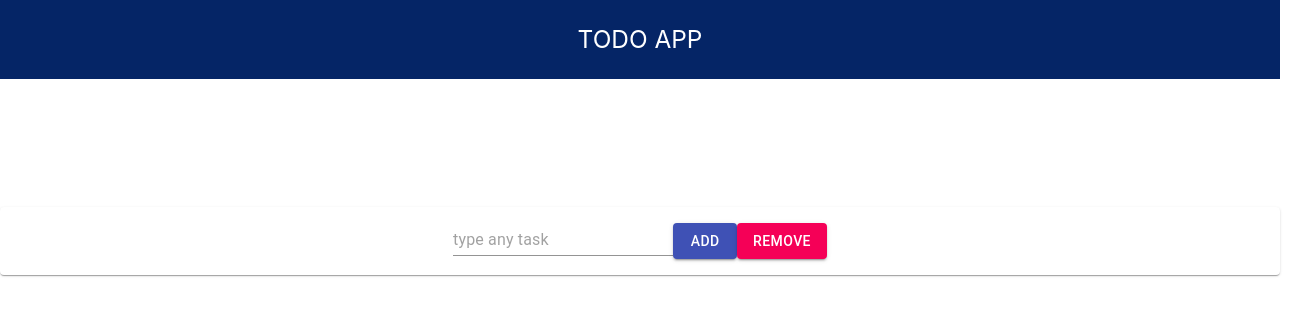
Repository: Shams97/Todo-app
Page: /
An editor plug-in stored every save of this project. The page is shown before and after the next save, followed by the edit.
The browser window is 1280 px wide. The page is 1292 px wide, so the pictures cover 1292 px, including what lies to the right of the window. The pictures show the whole page.
The project was rebuilt for these pictures with package versions that can differ from the ones it lists, and the page was loaded fresh each time.

Above is the page before, as saved 2021-06-26 23:43:51.

### src/App.js
import './App.css';
import Tasks from './tasks/tasks';
function App() {
  return (
    <div className="App">
      <header className="App-header">
            <p> TODO APP</p>
      </header>
      <Tasks/>
    </div>
  );
}

export default App;

### src/App.css
.App {
  text-align: center;
}

.App-header {
  background-color: #052566;
  min-height: 10vh;
  display: flex;
  flex-direction: column;
  align-items: center;
  justify-content: center;
  font-size: calc(10px + 2vmin);
  color: white;
  margin-bottom: 10%;
}
.container {
  padding:0% 2%;
}

### src/tasks/tasks.js
import React from "react";
import { makeStyles } from '@material-ui/core/styles';
import { Button, Input,Grid,Paper } from "@material-ui/core";

const useStyles = makeStyles((theme) => ({
    root: {
      flexGrow: 1,
    },
    paper: {
      padding: theme.spacing(2),
      textAlign: 'center',
      color: theme.palette.text.secondary,
    },
  }));

export default function Tasks() {
    const classes = useStyles();

  return (
    <Grid container spacing={3} className={classes.root}>
      <Grid item xs={12}>
        <Paper className={classes.paper}>
          <Input placeholder="type any task"></Input>
          <Button variant="contained" color="primary">
            Add
          </Button>
          <Button variant="contained" color="secondary">
            Remove
          </Button>
        </Paper>
      </Grid>
    </Grid>
  );
}

Loaded but not shown: public/index.html (common file); src/index.js (common file); src/index.css (common file); src/reportWebVitals.js (common file)

After the next save:
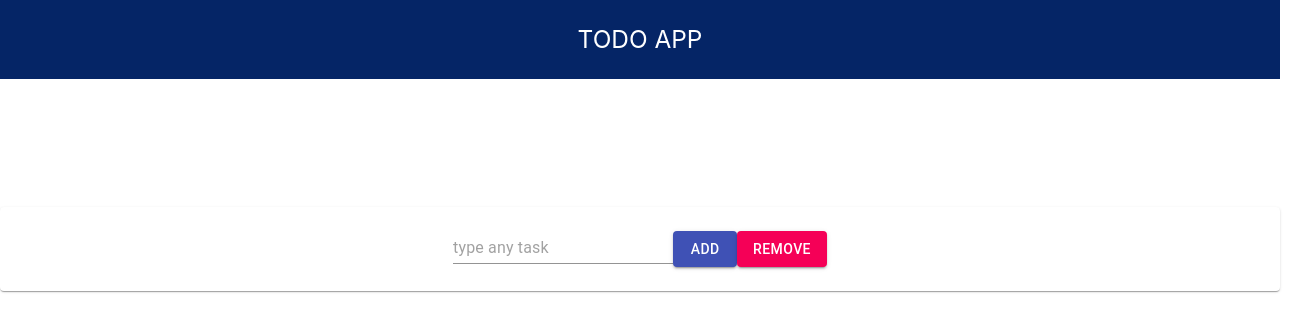
Saved 39 s later.
--- a/src/tasks/tasks.js
+++ b/src/tasks/tasks.js
@@ -7,7 +7,7 @@ const useStyles = makeStyles((theme) => ({
       flexGrow: 1,
     },
     paper: {
-      padding: theme.spacing(2),
+      padding: theme.spacing(3),
       textAlign: 'center',
       color: theme.palette.text.secondary,
     },
